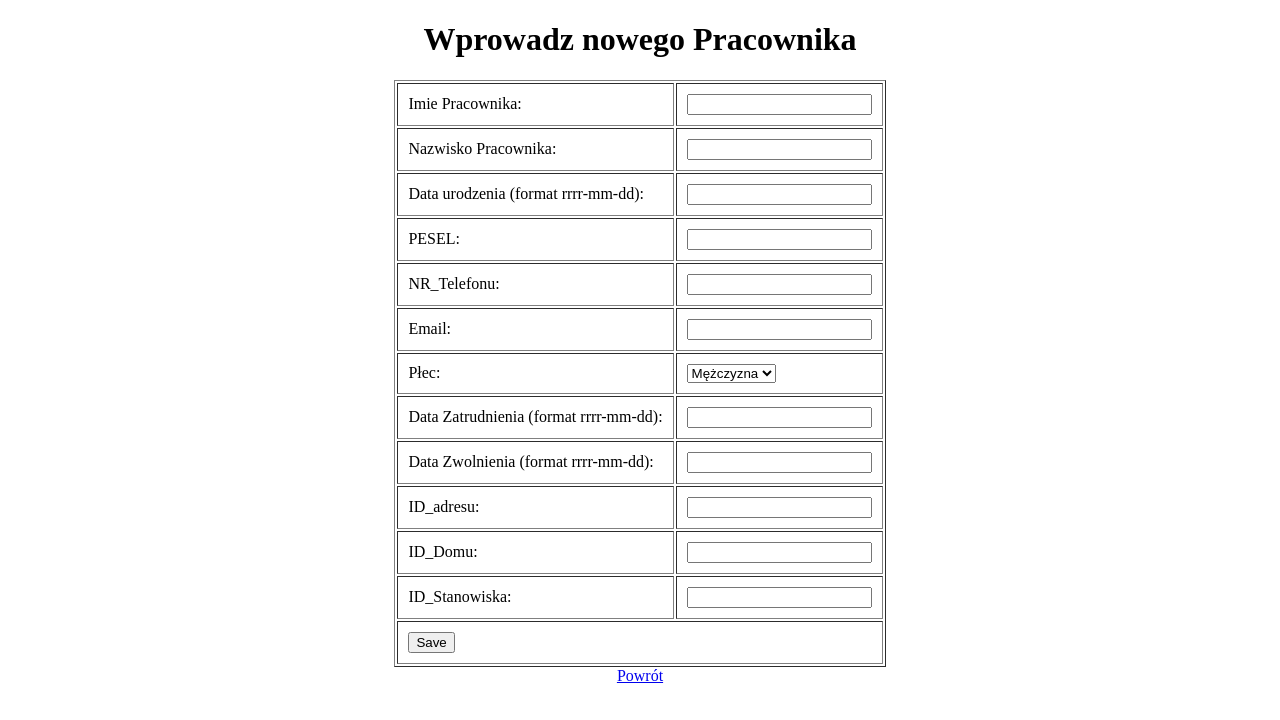
Repository: marcinRuta/houseOfCulture-crud-webapp-database
Page: http://localhost/new_pracownicy
An editor plug-in stored every save of this project. The page is shown before and after the next save, followed by the edit.
The browser window is 1280 px wide. The pictures show the whole page.
The page is this project's Thymeleaf template; nobody is signed in. The template is opened directly, without the code that normally fills it, so the values that code supplies are empty.

Above is the page before, as saved 2020-12-29 20:07:03.

### DomKultury/src/main/resources/templates/new_pracownicy.html
<!DOCTYPE html>
<html xmlns="http://www.w3.org/1999/xhtml"
	xmlns:th="http://www.thymeleaf.org">
<head>
<meta charset="UTF-8">
<title>Aplikacja do obsługi Domu Kultury</title>
</head>
<body>

	<div align="center">
		<!--  Page header  -->
		<h1>Wprowadz nowego Pracownika</h1>

		<form action="#" th:action="@{/saveP}" th:object="${NowyPracownik}"
			method="post">

			<!-- Table -->
			<table border="1" cellpadding="10">

				<!-- Table first row -->

				<tr>
					<td>Imie Pracownika:</td>
					<td><input type="text" th:field="*{Imie}"></td>
				</tr>

				<!-- Table 2nd row -->

				<tr>
					<td>Nazwisko Pracownika:</td>
					<td><input type="text" th:field="*{Nazwisko}"></td>
				</tr>

				<!-- Table 3rd row -->

				<tr>
					<td>Data urodzenia (format rrrr-mm-dd):</td>
					<td><input type="text" th:field="*{Data_urodzenia}"></td>
				</tr>

				<!-- Table 4th row -->

				<tr>
					<td>PESEL:</td>
					<td><input type="text" th:field="*{PESEL}"></td>
				</tr>

				<!-- Table 5th row -->

				<tr>
					<td>NR_Telefonu:</td>
					<td><input type="text" th:field="*{NR_Telefonu}"></td>
				</tr>

				<!-- Table 6th row -->

				<tr>
					<td>Email:</td>
					<td><input type="text" th:field="*{Email}"></td>
				</tr>

				<!-- Table 7th row -->

				<tr>
					<td>Płec:</td>
					<td><select th:field="*Plec">
							<option value="Mezczyzna">Mężczyzna</option>
							<option value="Kobieta">Kobieta</option>

					</select></td>
				</tr>

				<!-- Table 8th row -->

				<tr>
					<td>Data Zatrudnienia (format rrrr-mm-dd):</td>
					<td><input type="text" th:field="*{Data_Zatrudnienia}"></td>
				</tr>

				<!-- Table 9th row -->

				<tr>
					<td>Data Zwolnienia (format rrrr-mm-dd):</td>
					<td><input type="text" th:field="*{Data_Zwolnienia}"></td>
				</tr>

				<!-- Table 10th row -->

				<tr>
					<td>ID_adresu:</td>
					<td><input type="text" th:field="*{ID_Adresu}"></td>
				</tr>

				<!-- Table 11th row -->

				<tr>
					<td>ID_Domu:</td>
					<td><input type="text" th:field="*{ID_Domu}"></td>
				</tr>

				<!-- Table 12th row -->

				<tr>
					<td>ID_Stanowiska:</td>
					<td><input type="text" th:field="*{ID_Stanowiska}"></td>
				</tr>


				<!-- Button save -->
				<tr>
					<td colspan="2"><button type="submit">Save</button></td>
				</tr>



			</table>
		</form>

		<!-- EXIT -->
		<a href="/P">Powrót</a>
	</div>
</body>
</html>

After the next save:
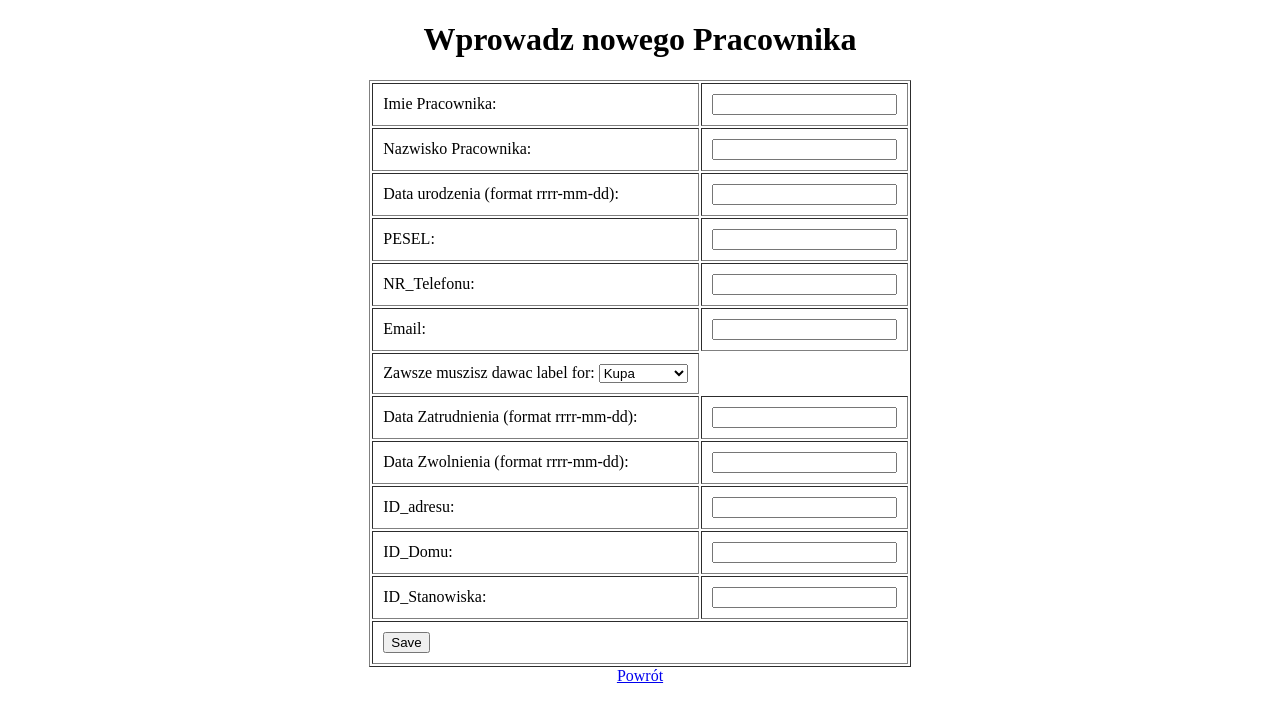
Saved 4 min 31 s later.
--- a/DomKultury/src/main/resources/templates/new_pracownicy.html
+++ b/DomKultury/src/main/resources/templates/new_pracownicy.html
@@ -62,12 +62,9 @@
 				<!-- Table 7th row -->
 
 				<tr>
-					<td>Płec:</td>
-					<td><select th:field="*Plec">
-							<option value="Mezczyzna">Mężczyzna</option>
-							<option value="Kobieta">Kobieta</option>
-
-					</select></td>
+				<td>
+					<label for="tu_dla_jakiego_id">Zawsze muszisz dawac label for:</label>  <select id="tu_dla_jakiego_id">   <option value="Kupa">Kupa</option>   <option value="Gowno">Gowno</option>   <option value="Krowa">Krowa</option>   <option value="Hamburger">Hamburger</option> </select>
+				</td>
 				</tr>
 
 				<!-- Table 8th row -->
